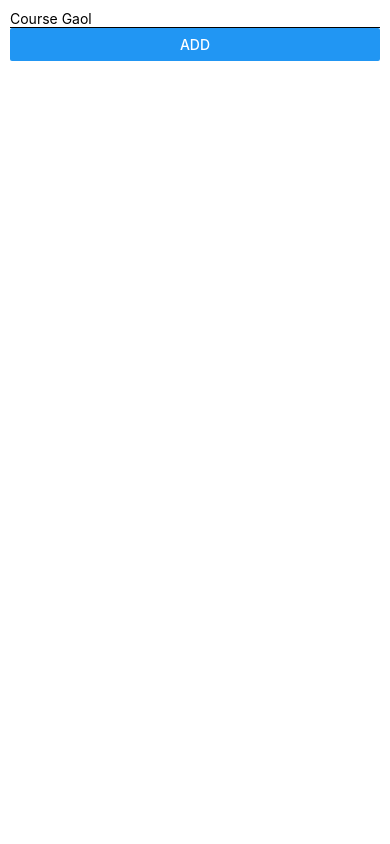
Repository: Zolds403/ReactNativePractice
Screen: /
These files come from the project's save history. The screen is drawn as it stood at one moment and after the next save; the edit follows.
The app was drawn by React Native's web renderer in a window 390 px wide. The project was rebuilt for these pictures with package versions that can differ from the ones it lists, and the page was loaded fresh each time.

Above is the screen before, as saved 2021-07-19 20:18:33.

### App.js
//jshint esversion:6
import React from 'react';
import { StyleSheet, Text, View, TextInput, Button } from 'react-native';

export default function App() {
  return (
    <View style={{padding: 10}}>
      <View>
        <TextInput placeholder="Course Gaol" style={{borderBottomColor: 'black', borderBottomWidth: 1 }}/>
        <Button title="ADD" />
      </View>
      <View>

      </View>
    </View>
  );
}

After the next save:
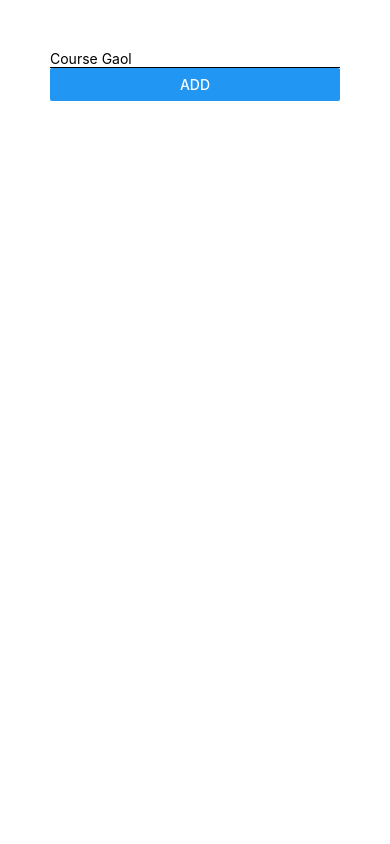
Saved 6 s later.
--- a/App.js
+++ b/App.js
@@ -4,7 +4,7 @@ import { StyleSheet, Text, View, TextInput, Button } from 'react-native';
 
 export default function App() {
   return (
-    <View style={{padding: 10}}>
+    <View style={{padding: 50}}>
       <View>
         <TextInput placeholder="Course Gaol" style={{borderBottomColor: 'black', borderBottomWidth: 1 }}/>
         <Button title="ADD" />
